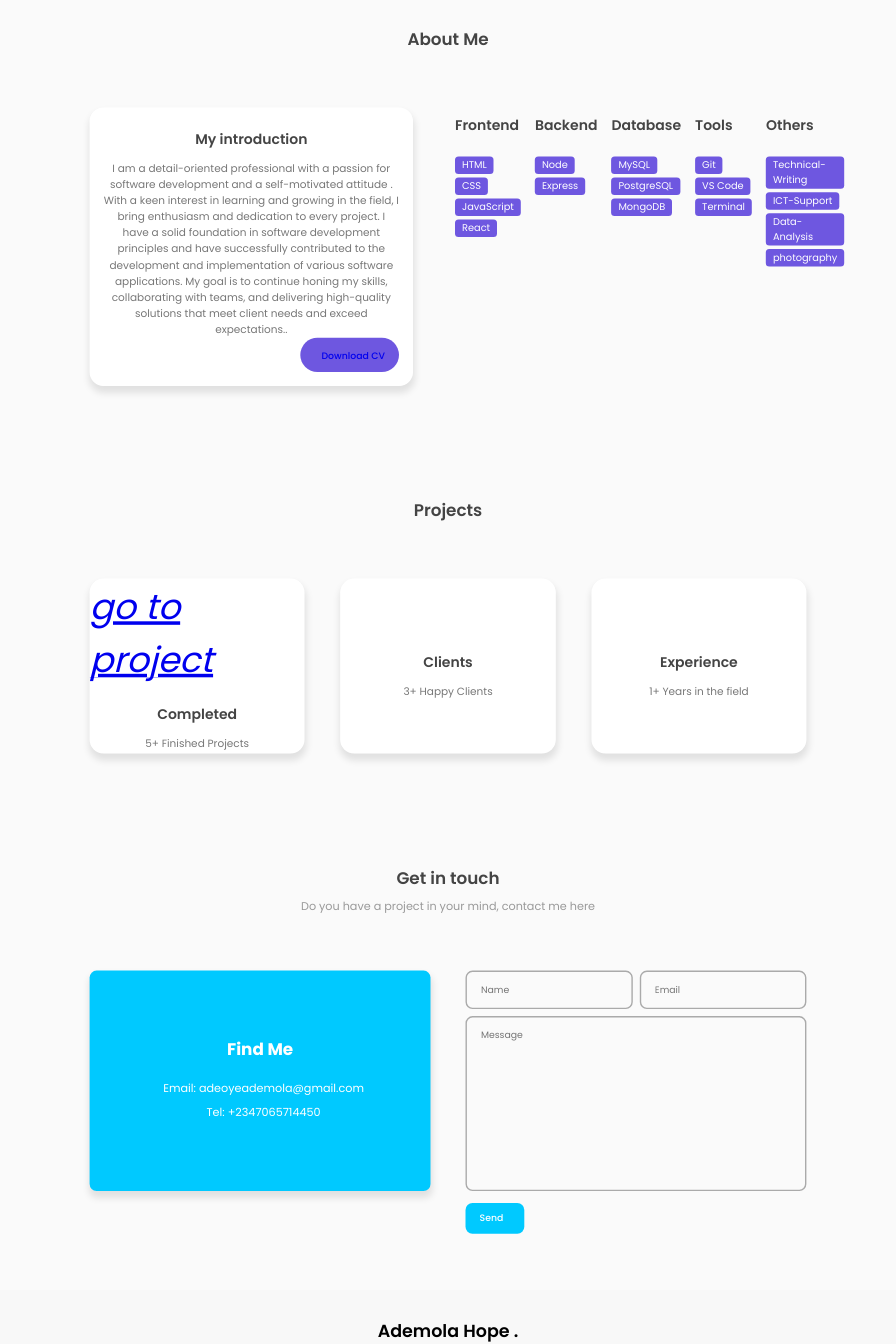
Repository: adehope1/My_Portfoilo
Page: port/index.html
These files come from the project's save history. The page is drawn as it stood at one moment and after the next save; the edit follows.
The browser window is 1280 px wide. The pictures show the part of the page from y = 761 to 2681 px (the page is 2928 px tall), at 70% of full size.
Some icons come from a web library that is not loaded, so they are not drawn.

Above is the page before, as saved 2024-09-01 21:59:31.
Not found: port/assest/
Not found: port/assets/css/style.css
Not found: port/assets/js/main.js

### port/index.html
<!DOCTYPE html>
<html lang="en">
<head>
    <meta charset="UTF-8">
    <meta name="viewport" content="width=device-width, initial-scale=1.0">

    <!-- --------- UNICONS ---------- -->
    <link rel="stylesheet" href="https://unicons.iconscout.com/release/v4.0.8/css/line.css">

    <!-- --------- CSS ---------- -->
    <link rel="stylesheet" href="assets/css/style.css">

    <!-- --------- FAVICON ---------- -->
    <link rel="shortcut icon" href="assets/images/favicon.png" type="image/x-icon">
    <link rel="stylesheet" href="./index.css">

    <title>Portfolio</title>
</head>
<body>
   <div class="container">
    <!-- --------------- HEADER --------------- -->
      <nav id="header">
        <div class="nav-logo">
            <p class="nav-name">Mr Hope</p>
            <span>.</span>
        </div>
        <div class="nav-menu" id="myNavMenu">
            <ul class="nav_menu_list">
                <li class="nav_list">
                    <a href="#home" class="nav-link active-link">Home</a>
                    <div class="circle"></div>
                </li>
                <li class="nav_list">
                    <a href="#about" class="nav-link">About</a>
                    <div class="circle"></div>
                </li>
                <li class="nav_list">
                    <a href="#projects" class="nav-link">Projects</a>
                    <div class="circle"></div>
                </li>
                <li class="nav_list">
                    <a href="#contact" class="nav-link">Contact</a>
                    <div class="circle"></div>
                </li>
            </ul>
        </div>
        <div class="nav-button">
            <button class="btn"><i class="uil uil-file-alt"></i><a href="./assest/documents/tech-cve.pdf" download="tech-cve" style="text-decoration: none;">Download CV</a></button>
        </div>
        <div class="nav-menu-btn">
            <i class="uil uil-bars" onclick="myMenuFunction()"></i>
        </div>
      </nav>


    <!-- -------------- MAIN ---------------- -->
    <main class="wrapper">
       <!-- -------------- FEATURED BOX ---------------- -->
       <section class="featured-box" id="home">
          <div class="featured-text">
            <div class="featured-text-card">
                <span>Ademola Hope</span>
            </div>
            <div class="featured-name">
                <p>I'm <span class="typedText">Developer</span></p>
            </div>
            <div class="featured-text-info">
                <p>Experienced frontend developer with a passion for creating visually stunning
                   and user-friendly websites.
                </p>
            </div>
            <div class="featured-text-btn">
                <button class="btn blue-btn">Hire Me</button>
                <button class="btn"><i class="uil uil-file-alt"></i><a href="./assest/documents/tech-cve.pdf" download="tech-cve" style="text-decoration: none;">Download CV</a></button>
            </div>
            <div class="social_icons">
                <div class="icon"><i class="uil uil-instagram"></i></div>
                <div class="icon"><i class="uil uil-linkedin-alt"></i></div>
                <div class="icon"><i class="uil uil-dribbble"></i></div>
                <div class="icon"><i class="uil uil-github-alt"></i></div>
            </div>
          </div>
          <div class="featured-image">
            <div class="image">
                <img src="./assest/image/Mr Hope.jpg" alt="avatar">
            </div>
          </div>
          <div class="scroll-icon-box">
            <a href="#about" class="scroll-btn">
                <i class="uil uil-mouse-alt"></i>
                <p>Scroll Down</p>
            </a>
          </div>

       </section>
       <!-- -------------- ABOUT BOX ---------------- -->
       <section class="section" id="about">
          <div class="top-header">
            <h1>About Me</h1>
          </div>
          <div class="row">
            <div class="col">
                <div class="about-info">
                    <h3>My introduction</h3>
                    <p>I am a detail-oriented professional with a passion for software development and a self-motivated attitude . With a keen interest in learning and growing in the field, I bring enthusiasm and dedication to every project. I have a solid foundation in software development principles and have successfully contributed to the development and implementation of various software applications. My goal is to continue honing my skills, collaborating with teams, and delivering high-quality solutions that meet client needs and exceed expectations..
                    </p>
                    <div class="about-btn">
                        <button class="btn"><i class="uil uil-import"></i><a href="./assest/documents/tech-cve.pdf" download="tech-cve" style="text-decoration: none;">Download CV</a></button>
                    </div>
                </div>
            </div>
            <div class="col">
                <div class="skills-box">
                    <div class="skills-header">
                        <h3>Frontend</h3>
                    </div>
                    <div class="skills-list">
                        <span>HTML</span>
                        <span>CSS</span>
                        <span>JavaScript</span>
                        <span>React</span>
                    </div>
                </div>
                <div class="skills-box">
                    <div class="skills-header">
                        <h3>Backend</h3>
                    </div>
                    <div class="skills-list">
                        <span>Node</span>
                        <span>Express</span>
                    </div>
                </div>
                <div class="skills-box">
                    <div class="skills-header">
                        <h3>Database</h3>
                    </div>
                    <div class="skills-list">
                        <span>MySQL</span>
                        <span>PostgreSQL</span>
                        <span>MongoDB</span>
                    </div>
                </div>
                <div class="skills-box">
                    <div class="skills-header">
                        <h3>Tools</h3>
                    </div>
                    <div class="skills-list">
                        <span>Git</span>
                        <span>VS Code</span>
                        <span>Terminal</span>
                    </div>
                </div>
                <div class="skills-box">
                    <div class="skills-header">
                        <h3>Others</h3>
                    </div>
                    <div class="skills-list">
                        <span>Technical-Writing</span>
                        <span>ICT-Support</span>
                        <span>Data-Analysis</span>
                        <span>photography</span>
                    </div>

                </div>
            </div>
          </div>
       </section>

       <!-- -------------- PROJECT BOX ---------------- -->

       <section class="section" id="projects">
          <div class="top-header">
              <h1>Projects</h1>
          </div>
          <div class="project-container">
            <div class="project-box">
                <i class="uil uil-briefcase-alt"><a href="./assest/index2.html">go to project</a></i>
                <h3>Completed</h3>
                <label>5+ Finished Projects</label>
            </div>
            <div class="project-box">
                <i class="uil uil-users-alt"></i>
                <h3>Clients</h3>
                <label>3+ Happy Clients</label>
            </div>
            <div class="project-box">
                <i class="uil uil-award"></i>
                <h3>Experience</h3>
                <label>1+ Years in the field</label>
            </div>
          </div>
       </section>

       <!-- -------------- CONTACT BOX ---------------- -->

       <section class="section" id="contact">
          <div class="top-header">
            <h1>Get in touch</h1>
            <span>Do you have a project in your mind, contact me here</span>
          </div>
          <div class="row">
             <div class="col">
                <div class="contact-info">
                    <h2>Find Me <i class="uil uil-corner-right-down"></i></h2>
                    <p><i class="uil uil-envelope"></i> Email: adeoyeademola@gmail.com</p>
                    <p><i class="uil uil-phone"></i> Tel: +2347065714450</p>
                </div>
             </div>
             <div class="col">
                <div class="form-control">
                    <div class="form-inputs">
                        <input type="text" class="input-field" placeholder="Name">
                        <input type="text" class="input-field" placeholder="Email">
                    </div>
                    <div class="text-area">
                        <textarea placeholder="Message"></textarea>
                    </div>
                    <div class="form-button">
                        <button class="btn">Send <i class="uil uil-message"></i></button>
                    </div>
                </div>
             </div>
          </div>
       </section>

    </main>


    <!-- --------------- FOOTER --------------- -->
    <footer>
        <div class="top-footer">
            <p>Ademola Hope .</p>
        </div>
        <div class="middle-footer">
            <ul class="footer-menu">
                <li class="footer_menu_list">
                    <a href="#home">Home</a>
                </li>
                <li class="footer_menu_list">
                    <a href="#about">About</a>
                </li>
                <li class="footer_menu_list">
                    <a href="#projects">Projects</a>
                </li>
                <li class="footer_menu_list">
                    <a href="#contact">Contact</a>
                </li>
            </ul>
        </div>
        <div class="footer-social-icons">
            <div class="icon"><i class="uil uil-linkedin-alt"></i></div>
            <div class="icon"><a href="https://github.com/adehope1/" target="_blank"><i class="uil uil-github-alt" ></i></a></div>
        </div>
        <div class="bottom-footer">
            <p>Copyright &copy; <a href="#home" style="text-decoration: none;">Ademola Hope</a> - All rights reserved</p>
        </div>
    </footer>

    </div>




    <!-- ----- TYPING JS Link ----- -->
     <script src="./assest/"></script>

       <!-- ----- SCROLL REVEAL JS Link----- -->
    <script src="https://unpkg.com/scrollreveal"></script>

    <!-- ----- MAIN JS ----- -->
    <script src="assets/js/main.js"></script>
</body>
</html>

### port/index.css
/* ----- POPPINS FONT Link ----- */
@import url('https://fonts.googleapis.com/css2?family=Poppins:wght@400;500;600;700&display=swap');

/* ----- VARIABLES ----- */
:root{
    --body-color: rgb(250, 250, 250);
    --color-white: rgb(255, 255, 255);

    --text-color-second: rgb(68, 68, 68);
    --text-color-third: rgb(30, 159, 171);

    --first-color: rgb(110, 87, 224);
    --first-color-hover: rgb(40, 91, 212);

    --second-color: rgb(0, 201, 255);
    --third-color: rgb(192, 166, 49);
    --first-shadow-color: rgba(0, 0, 0, 0.1);

}

/* ----- BASE ----- */
*{
    margin: 0;
    padding: 0;
    box-sizing: border-box;
    font-family: 'Poppins', sans-serif;
}

/* ----- SMOOTH SCROLL ----- */
html{
    scroll-behavior: smooth;
}

/* ----- CHANGE THE SCROLL BAR DESIGN ----- */
::-webkit-scrollbar{
    width: 10px;
    border-radius: 25px;
}
::-webkit-scrollbar-track{
    background: #f1f1f1;
}
::-webkit-scrollbar-thumb{
    background: #ccc;
    border-radius: 30px;
}
::-webkit-scrollbar-thumb:hover{
    background: #bbb;
}


/* ---##-- REUSABLE CSS --##--- */

/* ----- GLOBAL BUTTON DESIGN ----- */
.btn{
    font-weight: 500;
    padding: 12px 20px;
    background: #efefef;
    border: none;
    border-radius: 10px;
    cursor: pointer;
    transition: .4s;
}
.btn>i{
    margin-left: 10px;
}
.btn:hover{
    background: var(--second-color);
    color: var(--color-white);
}

/* ----- GLOBAL ICONS DESIGN ----- */
i{
    font-size: 16px;
}

/* ------- BASE -------- */
body{
    background: var(--body-color);
}
.container{
    width: 100%;
    position: relative;
}

/* ----- NAVIGATION BAR ----- */
nav{
    position: fixed;
    display: flex;
    justify-content: space-between;
    width: 100%;
    height: 90px;
    line-height: 90px;
    background: var(--body-color);
    padding-inline: 9vw;
    transition: .3s;
    z-index: 100;
}
.nav-logo{
   position: relative;
}
.nav-name{
    font-size: 30px;
    font-weight: 600;
    color: var(--text-color-third);
}
.nav-logo span{
    position: absolute;
    top: -15px;
    right: -20px;
    font-size: 5em;
    color: var(--text-color-second);
}
.nav-menu, .nav_menu_list{
    display: flex;
}
.nav-menu .nav_list{
    list-style: none;
    position: relative;
}
.nav-link{
    text-decoration: none;
    color: var(--text-color-second);
    font-weight: 500;
    padding-inline: 15px;
    margin-inline: 20px;
}
.nav-menu-btn{
    display: none;
}
.nav-menu-btn i{
    font-size: 28px;
    cursor: pointer;
}
.active-link{
    position: relative;
    color: var(--first-color);
    transition: .3;
}
.active-link::after{
    content: '';
    position: absolute;
    left: 50%;
    bottom: -15px;
    transform: translate(-50%, -50%);
    width: 5px;
    height: 5px;
    background: var(--first-color);
    border-radius: 50%;
}


/* ----- WRAPPER DESIGN ----- */
.wrapper{
    padding-inline: 10vw;
}

/* ----- FEATURED BOX ----- */
.featured-box{
    position: relative;
    display: flex;
    height: 100vh;
    min-height: 700px;
}

/* ----- FEATURED TEXT BOX ----- */
.featured-text{
    position: relative;
    display: flex;
    justify-content: center;
    align-content: center;
    min-height: 80vh;
    flex-direction: column;
    width: 50%;
    padding-left: 20px;
}
.featured-text-card span{
    background: var(--third-color);
    color: var(--color-white);
    padding: 3px 8px;
    font-size: 12px;
    border-radius: 5px;
}
.featured-name{
    font-size: 50px;
    font-weight: 600;
    color: var(--text-color-second);
    margin-block: 20px;
}
.typedText{
    text-transform: capitalize;
    color: var(--text-color-third);
}
.featured-text-info{
    font-size: 15px;
    margin-bottom: 30px;
    color: var(--text-color-second);
}
.featured-text-btn{
    display: flex;
    gap: 20px;
}
.featured-text-btn>.blue-btn{
    background: var(--first-color);
    color: var(--color-white);
}
.featured-text-btn>.blue-btn:hover{
    background: var(--first-color-hover);
}
.social_icons{
    display: flex;
    margin-top: 5em;
    gap: 30px;
}
.icon{
    display: flex;
    justify-content: center;
    align-items: center;
    width: 40px;
    height: 40px;
    border-radius: 50%;
    box-shadow: 0px 2px 5px 0px rgba(0, 0, 0, 0.25);
    cursor: pointer;
}
.icon:hover{
    color: var(--first-color);
}

/* ----- FEATURED IMAGE BOX ----- */
.featured-image{
    display: flex;
    justify-content: right;
    align-content: center;
    min-height: 80vh;
    width: 50%;
}
.image{
    margin: auto 0;
    width: 380px;
    height: 380px;
    border-radius: 55% 45% 55% 45%;
    overflow: hidden;
    animation: imgFloat 7s ease-in-out infinite;
}
.image img{
    width: 380px;
    height: 380px;
    object-fit: cover;
}
@keyframes imgFloat {
    50%{
        transform: translateY(10px);
        border-radius: 45% 55% 45% 55%;
    }
}
.scroll-btn{
   position: absolute;
   bottom: 0;
   left: 50%;
   translate: -50%;
   display: flex;
   justify-content: center;
   align-items: center;
   width: 150px;
   height: 50px;
   gap: 5px;
   text-decoration: none;
   color: var(--text-color-second);
   background: var(--color-white);
   border-radius: 30px;
   box-shadow: 0 2px 5px 0 rgba(0, 0, 0, 0.25);
}
.scroll-btn i{
    font-size: 20px;
}

/* ----- MAIN BOX ----- */
.section{
    padding-block: 5em;
}
.row{
    display: flex;
    justify-content: space-between;
    width: 100%;
    gap: 50px;
}
.col{
    display: flex;
    width: 50%;
}

/* -- ## --- RESUABLE CSS -- ## -- */
.top-header{
    text-align: center;
    margin-bottom: 5em;
}
.top-header h1{
    font-weight: 600;
    color: var(--text-color-second);
    margin-bottom: 10px;
}
.top-header span{
    color: #999;
}
h3{
    font-size: 20px;
    font-weight: 600;
    color: var(--text-color-second);
    margin-bottom: 15px;
}

/* ----- ABOUT INFO ----- */
.about-info{
    position: relative;
    display: flex;
    align-items: center;
    flex-direction: column;
    padding-block: 30px 70px;
    padding-inline: 20px;
    width: 100%;
    background: var(--color-white);
    box-shadow: 1px 8px 10px 2px var(--first-shadow-color);
    border-radius: 20px;
}
.about-info p{
    text-align: center;
    font-size: 15px;
    color: #777;
}
.about-btn button{
    position: absolute;
    right: 20px;
    bottom: 20px;
    background: var(--first-color);
    color: var(--color-white);
    border-radius: 30px;
}
.about-btn button:hover{
    background: var(--first-color-hover);
}

/* ----- ABOUT / SKILLS BOX ----- */
.skills-box{
    margin: 10px;
}
.skills-header{
    margin-bottom: 30px;
}
.skills-list{
    display: flex;
    flex-wrap: wrap;
    gap: 5px;
}
.skills-list span{
    font-size: 14px;
    background: var(--first-color);
    color: var(--color-white);
    padding: 2px 10px;
    border-radius: 5px;
}

/* ----- PROJECTS BOX ----- */
.project-container{
    display: flex;
    width: 100%;
    justify-content: space-between;
    gap: 20px;
    flex-wrap: wrap;
}
.project-box{
    position: relative;
    display: flex;
    justify-content: center;
    align-items: center;
    flex-direction: column;
    width: 30%;
    height: 250px;
    background: var(--color-white);
    border-radius: 20px;
    box-shadow: 1px 8px 10px 2px var(--first-shadow-color);
    overflow: hidden;
}
.project-box>i{
    font-size: 50px;
    color: #00B5E7;
    margin-bottom: 25px;
}
.project-box label{
    font-size: 15px;
    color: #777;
}
.project-box::after, .contact-info::after{
    content: "";
    position: absolute;
    bottom: -100%;
    background: var(--second-color);
    width: 100%;
    height: 100%;
    transition: .4s;
    z-index: 1;
}
.project-box:hover.project-box::after,
.contact-info:hover.contact-info::after{
    bottom: 0;
}
.project-box:hover.project-box i,
.project-box:hover.project-box>h3,
.project-box:hover.project-box>label{
    color: var(--color-white);
    z-index: 2;
}

/* ----- CONTACT BOX ----- */
.contact-info{
    position: relative;
    display: flex;
    flex-direction: column;
    justify-content: center;
    align-items: center;
    padding: 20px 30px;
    width: 100%;
    height: 315px;
    background: var(--second-color);
    border-radius: 10px;
    box-shadow: 1px 8px 10px 2px var(--first-shadow-color);
    overflow: hidden;
}
.contact-info>h2{
    color: var(--color-white);
    margin-bottom: 20px;
}
.contact-info>p{
    display: flex;
    align-items: center;
    gap: 10px;
    color: var(--color-white);
    margin-block: 5px;
}
.contact-info p>i{
    font-size: 18px;
}
.contact-info::after{
    background: var(--color-white);
}
.contact-info:hover.contact-info h2,
.contact-info:hover.contact-info p,
.contact-info:hover.contact-info i{
    color: #777;
    z-index: 2;
}

/* ----- CONTACT FORM ----- */
.form-control{
    display: flex;
    flex-direction: column;
    gap: 10px;
    width: 100%;
}
.form-inputs{
    display: flex;
    gap: 10px;
    width: 100%;
}
.input-field{
    width: 50%;
    height: 55px;
    background: transparent;
    border: 2px solid #AAA;
    border-radius: 10px;
    padding-inline: 20px;
    outline: none;
}
textarea{
    width: 100%;
    height: 250px;
    background: transparent;
    border: 2px solid #AAA;
    border-radius: 10px;
    padding: 15px 20px;
    outline: none;
    resize: none;
}
.form-button>.btn{
    display: flex;
    align-items: center;
    justify-content: center;
    background: var(--second-color);
    color: var(--color-white);
}
.form-button>.btn:hover{
    background: #00B5E7;
}
.form-button i{
    font-size: 18px;
    rotate: -45deg;
}

/* ----- FOOTER BOX ----- */
footer{
    display: flex;
    justify-content: center;
    align-items: center;
    flex-direction: column;
    row-gap: 30px;
    background: #F8F8F8;
    padding-block: 40px 60px;
}
.top-footer p{
    font-size: 25px;
    font-weight: 600;
}
.middle-footer .footer-menu{
    display: flex;
}
.footer_menu_list{
    list-style: none;
}
.footer_menu_list a{
    text-decoration: none;
    color: var(--text-color-second);
    font-weight: 500;
    margin-inline: 20px;
}
.footer-social-icons{
    display: flex;
    gap: 30px;
}
.bottom-footer{
    font-size: 14px;
    margin-top: 10px;
}


/* ----- MEDIA QUERY == 1024px / RESPONSIVE ----- */
@media only screen and (max-width: 1024px){
    .featured-text{
        padding: 0;
    }
    .image, .image img{
        width: 320px;
        height: 320px;
    }
}

/* ----- MEDIA QUERY == 900px / RESPONSIVE ----- */
@media only screen and (max-width: 900px) {
    .nav-button{
        display: none;
    }
    .nav-menu.responsive{
        left: 0;
    }
    .nav-menu{
        position: fixed;
        top: 80px;
        left: -100%;
        flex-direction: column;
        justify-content: center;
        align-items: center;
        background: rgba(255, 255, 255, 0.7);
        backdrop-filter: blur(20px);
        width: 100%;
        min-height: 450px;
        height: 90vh;
        transition: .3s;
    }
    .nav_menu_list{
        flex-direction: column;
    }
    .nav-menu-btn{
        display: flex;
        align-items: center;
        justify-content: center;
    }
    .featured-box{
        flex-direction: column;
        justify-content: center;
        height: 100vh;
    }
    .featured-text{
        width: 100%;
        order: 2;
        justify-content: center;
        align-content: flex-start;
        min-height: 60vh;
    }
    .social_icons{
        margin-top: 2em;
    }
    .featured-image{
        order: 1;
        justify-content: center;
        min-height: 150px;
        width: 100%;
        margin-top: 65px;
    }
    .image, .image img{
        width: 150px;
        height: 150px;
    }
    .row{
        display: flex;
        flex-direction: column;
        justify-content: center;
        gap: 50px;
    }
    .col{
        display: flex;
        justify-content: center;
        width: 100%;
    }
    .about-info, .contact-info{
        width: 100%;
    }
    .project-container{
        justify-content: center;
    }
    .project-box{
        width: 80%;
    }

}

/* ----- MEDIA QUERY == 540px / RESPONSIVE ----- */

@media only screen and (max-width: 540px){
    .featured-name{
        font-size: 40px;
    }
    .project-box{
        width: 100%;
    }
    .form-inputs{
        flex-direction: column;
    }
    .input-field{
        width: 100%;
    }
}

After the next save:
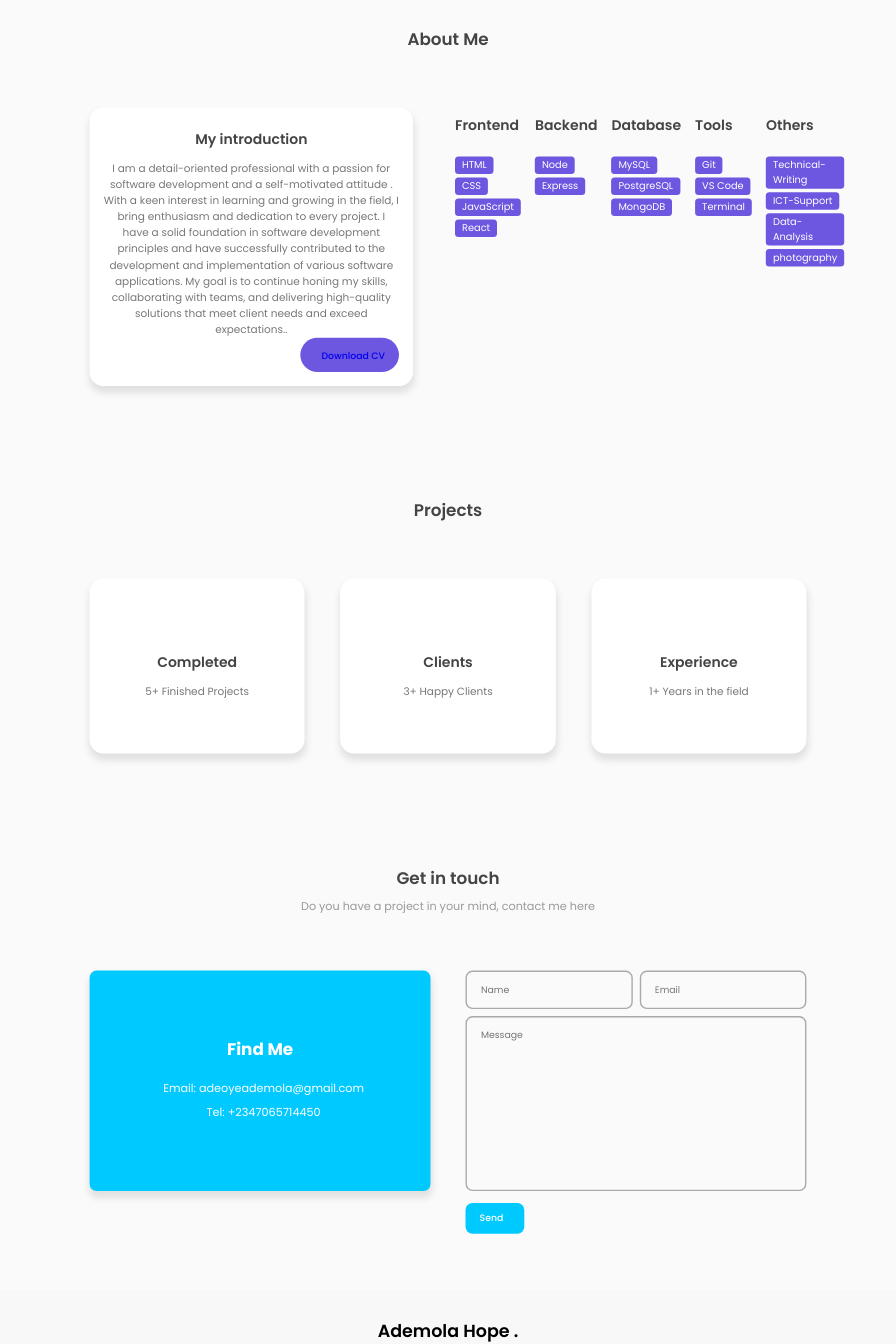
Saved 36 s later.
--- a/port/index.html
+++ b/port/index.html
@@ -174,7 +174,7 @@
           </div>
           <div class="project-container">
             <div class="project-box">
-                <i class="uil uil-briefcase-alt"><a href="./assest/index2.html">go to project</a></i>
+                <i class="uil uil-briefcase-alt"><a href="./assest/index2.html"></a></i>
                 <h3>Completed</h3>
                 <label>5+ Finished Projects</label>
             </div>
